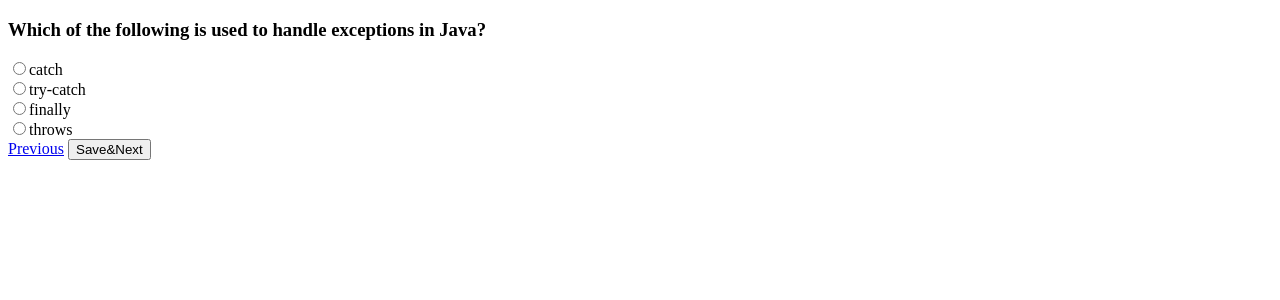
Repository: Rupali-8062Chourasiya5279/Internship_Task_Rupali
Page: Programming Language/quiz/QuizApp/src/main/webapp/First.html
An editor plug-in stored every save of this project. The page is shown before and after the next save, followed by the edit.
The browser window is 1280 px wide. The pictures show the whole page.

Above is the page before, as saved 2025-01-24 13:29:15.

### Programming Language/quiz/QuizApp/src/main/webapp/First.html
<!DOCTYPE html>
<html>
<head>
<meta charset="UTF-8">
<title>Que1</title>
</head>
<body>
	<form action="First">
	<div>
	<h3>Which of the following is used to handle exceptions in Java?</h3>
	<input type="radio" name="q1" value="catch">catch</input><br>
	<input type="radio" name="q1" value="try-catch">try-catch</input><br>
	<input type="radio" name="q1" value="finally">finally</input><br>
	<input type="radio" name="q1" value="throws">throws</input><br>
	<a href="rules.html">Previous</a>
	<input type="submit" value="Save&Next">
	</div>
	</form>
</body>
</html>

After the next save:
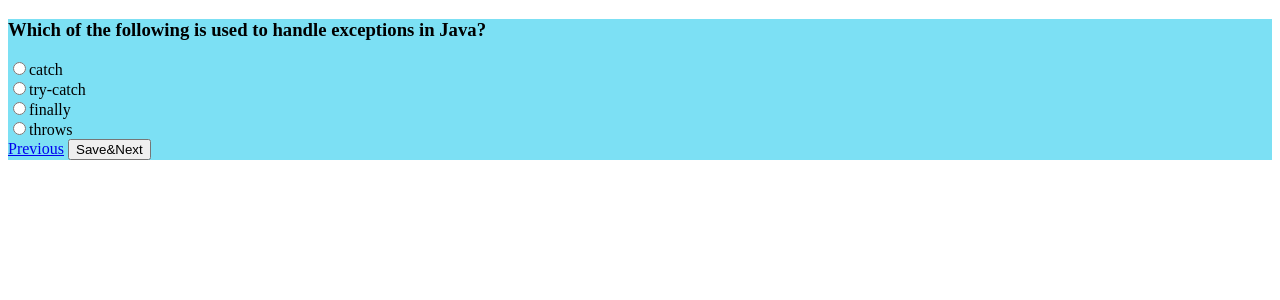
Saved 3 min 28 s later.
--- a/Programming Language/quiz/QuizApp/src/main/webapp/First.html
+++ b/Programming Language/quiz/QuizApp/src/main/webapp/First.html
@@ -3,10 +3,16 @@
 <head>
 <meta charset="UTF-8">
 <title>Que1</title>
+<style>
+#div1
+{
+background-color: #7ce0f4;
+}
+</style>
 </head>
 <body>
 	<form action="First">
-	<div>
+	<div id="div1">
 	<h3>Which of the following is used to handle exceptions in Java?</h3>
 	<input type="radio" name="q1" value="catch">catch</input><br>
 	<input type="radio" name="q1" value="try-catch">try-catch</input><br>

After the save that followed:
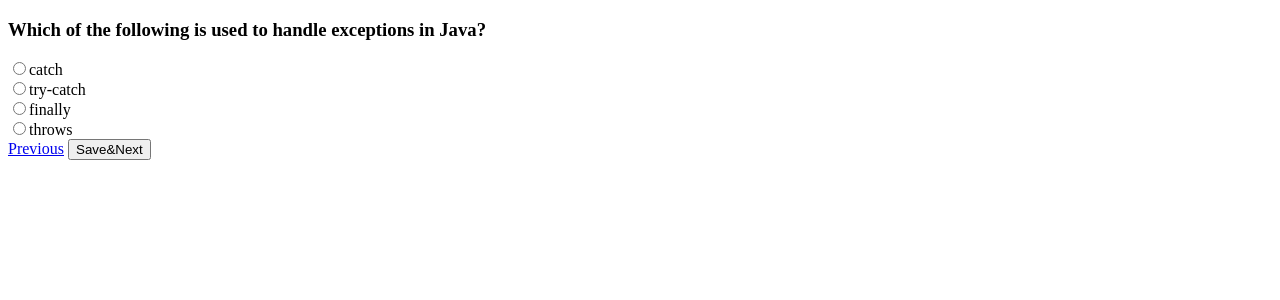
Saved 10 s later.
--- a/Programming Language/quiz/QuizApp/src/main/webapp/First.html
+++ b/Programming Language/quiz/QuizApp/src/main/webapp/First.html
@@ -6,7 +6,7 @@
 <style>
 #div1
 {
-background-color: #7ce0f4;
+background-color: white;
 }
 </style>
 </head>
